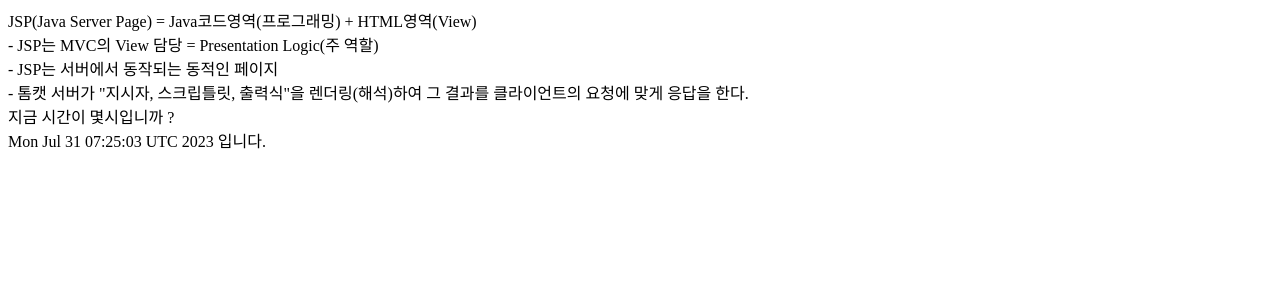
Repository: ainokks071/ServletJSP
Page: http://localhost/WEB/time.jsp
These files come from the project's save history. The page is drawn as it stood at one moment and after the next save; the edit follows.
The browser window is 1280 px wide. The pictures show the whole page.
The page is served by Tomcat 9.

Above is the page before, as saved 2023-08-01 08:14:39.

After the next save:
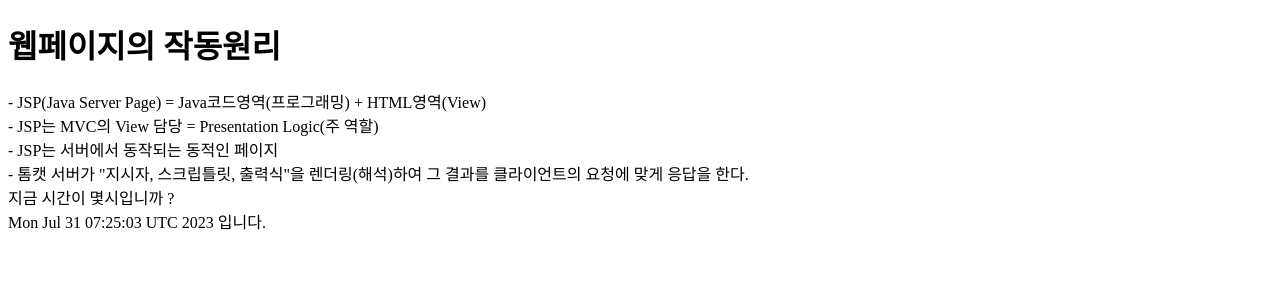
Saved 59 s later.
--- a/WEB/webapp/time.jsp
+++ b/WEB/webapp/time.jsp
@@ -16,7 +16,8 @@
 </head>
 
 <body>
-JSP(Java Server Page) = Java코드영역(프로그래밍) + HTML영역(View) <br>
+<h1>웹페이지의 작동원리</h1>
+- JSP(Java Server Page) = Java코드영역(프로그래밍) + HTML영역(View) <br>
 - JSP는 MVC의 View 담당 = Presentation Logic(주 역할)<br>
 - JSP는 서버에서 동작되는 동적인 페이지<br>
 - 톰캣 서버가 "지시자, 스크립틀릿, 출력식"을 렌더링(해석)하여 그 결과를 클라이언트의 요청에 맞게 응답을 한다.<br>
